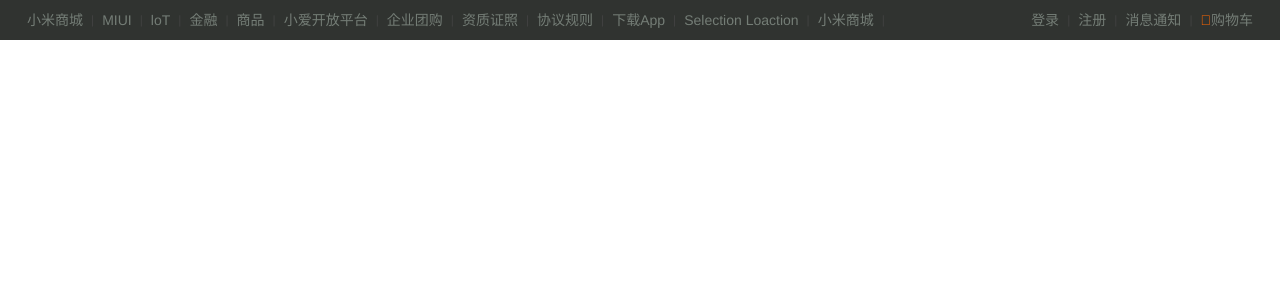
Repository: chenguocan/mi
Page: index.html
These files come from the project's save history. The page is drawn as it stood at one moment and after the next save; the edit follows.
The browser window is 1280 px wide. The pictures show the whole page.
The pointer rests on the first visible `.topbar .shop-cart`.

Above is the page before, as saved 2020-10-13 10:27:19.

### index.html
<!DOCTYPE html>
<html lang="en">

<head>
    <meta charset="UTF-8">
    <title>小米商城 - 小米10 Pro、Redmi K30 Pro、小米MIX Alpha，小米电视官方网站</title>
    <meta name="viewport" content="width=1226">
    <link rel="stylesheet" href="./css/reset.css">
    <link rel="stylesheet" href="./css/index.css">
    <link rel="stylesheet" href="./css/base.css">
    <link rel="stylesheet" href="./font/css/all.min.css">
</head>

<body>
    <div class="topbar-wrapper">
        <div class="topbar w">
            <ul class="service">
                <li><a href="javascript:;">小米商城</a></li>
                <li class="line">|</li>
                <li><a href="javascript:;">MIUI</a></li>
                <li class="line">|</li>
                <li><a href="javascript:;">loT</a></li>
                <li class="line">|</li>
                <li><a href="javascript:;">金融</a></li>
                <li class="line">|</li>
                <li><a href="javascript:;">商品</a></li>
                <li class="line">|</li>
                <li><a href="javascript:;">小爱开放平台</a></li>
                <li class="line">|</li>
                <li><a href="javascript:;">企业团购</a></li>
                <li class="line">|</li>
                <li><a href="javascript:;">资质证照</a></li>
                <li class="line">|</li>
                <li><a href="javascript:;">协议规则</a></li>
                <li class="line">|</li>
                <li><a href="javascript:;">下载App</a></li>
                <li class="line">|</li>
                <li><a href="javascript:;">Selection Loaction</a></li>
                <li class="line">|</li>
                <li><a href="javascript:;">小米商城</a></li>
                <li class="line">|</li>
            </ul>
            <ul class="shop-cart">
                <li><i class="fa-adobe"></i><a href="javascript:;">购物车</a></li>
            </ul>
            <ul class="user">
                <li><a href="javascript:;">登录</a></li>
                <li class="line">|</li>
                <li><a href="javascript:;">注册</a></li>
                <li class="line">|</li>
                <li><a href="javascript:;">消息通知</a></li>
                <li class="line">|</li>
            </ul>
        </div>
    </div>
</body>

</html>

### css/reset.css
/* v2.0 | 20110126
  http://meyerweb.com/eric/tools/css/reset/
  License: none (public domain)
*/
html, body, div, span, applet, object, iframe,
h1, h2, h3, h4, h5, h6, p, blockquote, pre,
a, abbr, acronym, address, big, cite, code,
del, dfn, em, img, ins, kbd, q, s, samp,
small, strike, strong, sub, sup, tt, var,
b, u, i, center,
dl, dt, dd, ol, ul, li,
fieldset, form, label, legend,
table, caption, tbody, tfoot, thead, tr, th, td,
article, aside, canvas, details, embed,
figure, figcaption, footer, header, hgroup,
menu, nav, output, ruby, section, summary,
time, mark, audio, video {
    margin: 0;
    padding: 0;
    border: 0;
    font-size: 100%;
    font: inherit;
    vertical-align: baseline;
}
/* HTML5 display-role reset for older browsers */
article, aside, details, figcaption, figure,
footer, header, hgroup, menu, nav, section {
    display: block;
}
body {
    line-height: 1;
}
ol, ul {
    list-style: none;
}
blockquote, q {
    quotes: none;
}
blockquote:before, blockquote:after,
q:before, q:after {
    content: '';
    content: none;
}
table {
    border-collapse: collapse;
    border-spacing: 0;
}

### css/index.css
*{
    box-sizing: border-box;
}
.topbar-wrapper{
    background:rgb(48, 51, 48);
    height: 40px;
    width: 100%;
}
.topbar .service{
    float: left;
}
.topbar .user,.topbar .shop-cart{
    float: right;
}
.topbar ul li{
    line-height: 40px;
    float: left;
}
.topbar ul li a{
    display: inline-block;
    color:rgb(116, 125, 118);
}
.topbar ul li a:hover{
    color:white;
}
.topbar .line{
    font-size:12px;
    color:#424242;
    margin:0 8px;
}
.topbar .shop-cart:hover{
    color:rgb(255, 103, 0);
}

### css/base.css

.clearfix::before,
.clearfix::after{
    content: '';
    display: table;
    clear: both;
}

body{
    color: rgb(51,51,51);
    font: 14px/1.5 "Helvetica Neue", Helvetica, Arial, "Microsoft Yahei", "Hiragino Sans GB", "Heiti SC", "WenQuanYi Micro Hei", sans-serif;
    min-width: 1226px;
}
a{
    text-decoration: none;
    color:#333;
}
.w{
    width: 1226px;
    margin-left:auto;
    margin-right: auto;
}

Loaded but not shown: font/css/all.min.css (library)

After the next save:
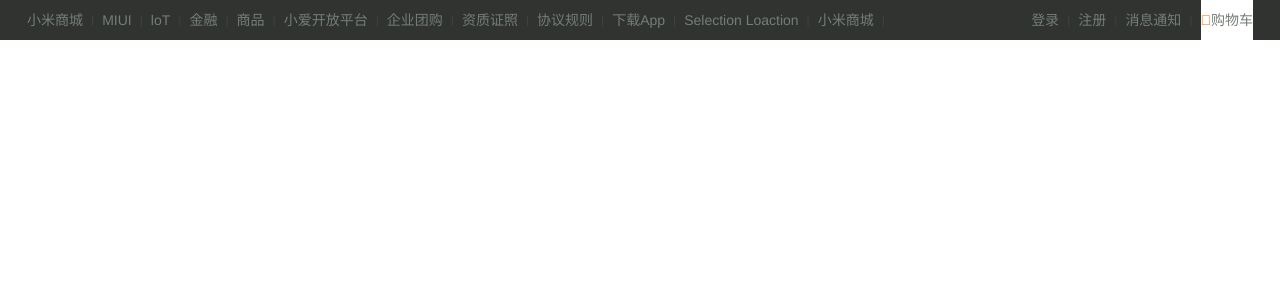
Saved 21 s later.
--- a/css/index.css
+++ b/css/index.css
@@ -30,4 +30,5 @@
 }
 .topbar .shop-cart:hover{
     color:rgb(255, 103, 0);
+    background: white;
 }
